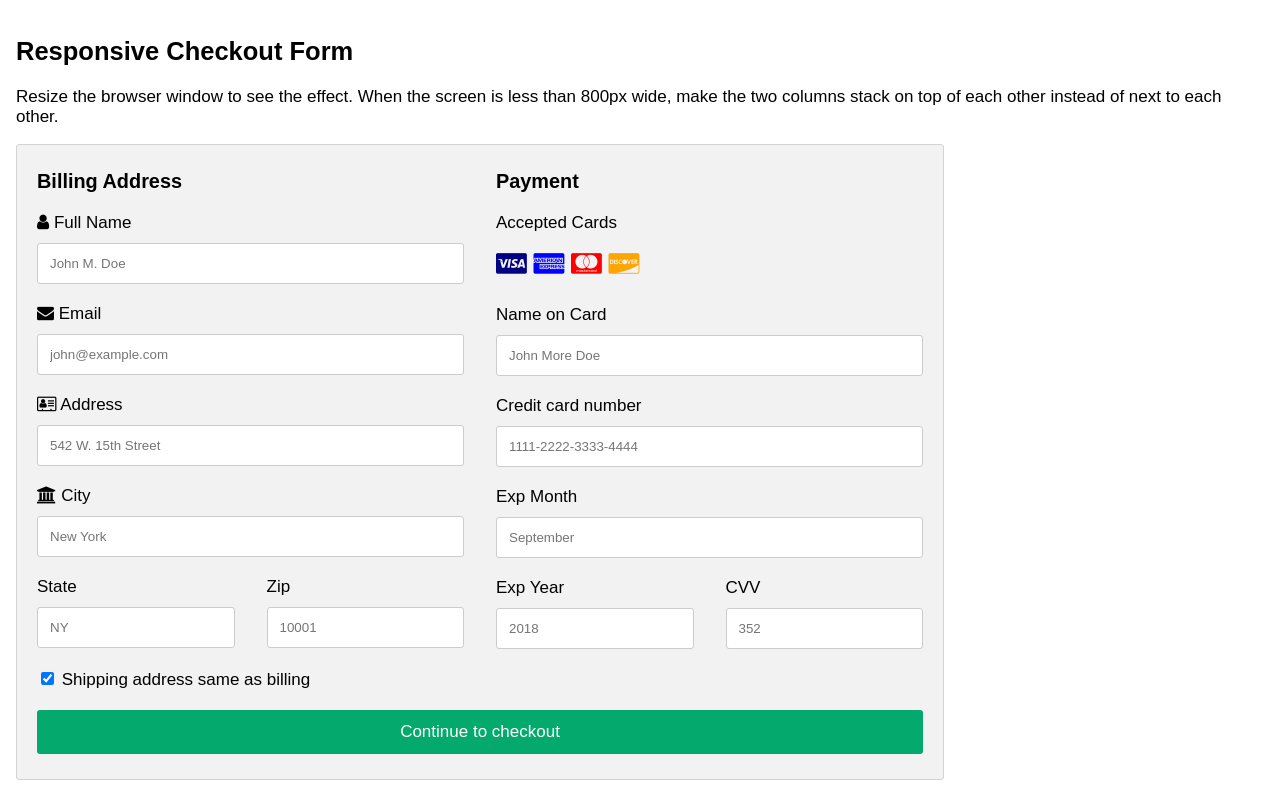
Repository: KanimozhiThandapani/Phase2AirlineBookingProject
Page: http://localhost/AirlineBooking/dummyPayment.jsp
These files come from the project's save history. The page is drawn as it stood at one moment and after the next save; the edit follows.
The browser window is 1280 px wide. The pictures show the whole page.
The page is served by Tomcat 9.

Above is the page before, as saved 2022-04-26 09:44:28.

After the next save:
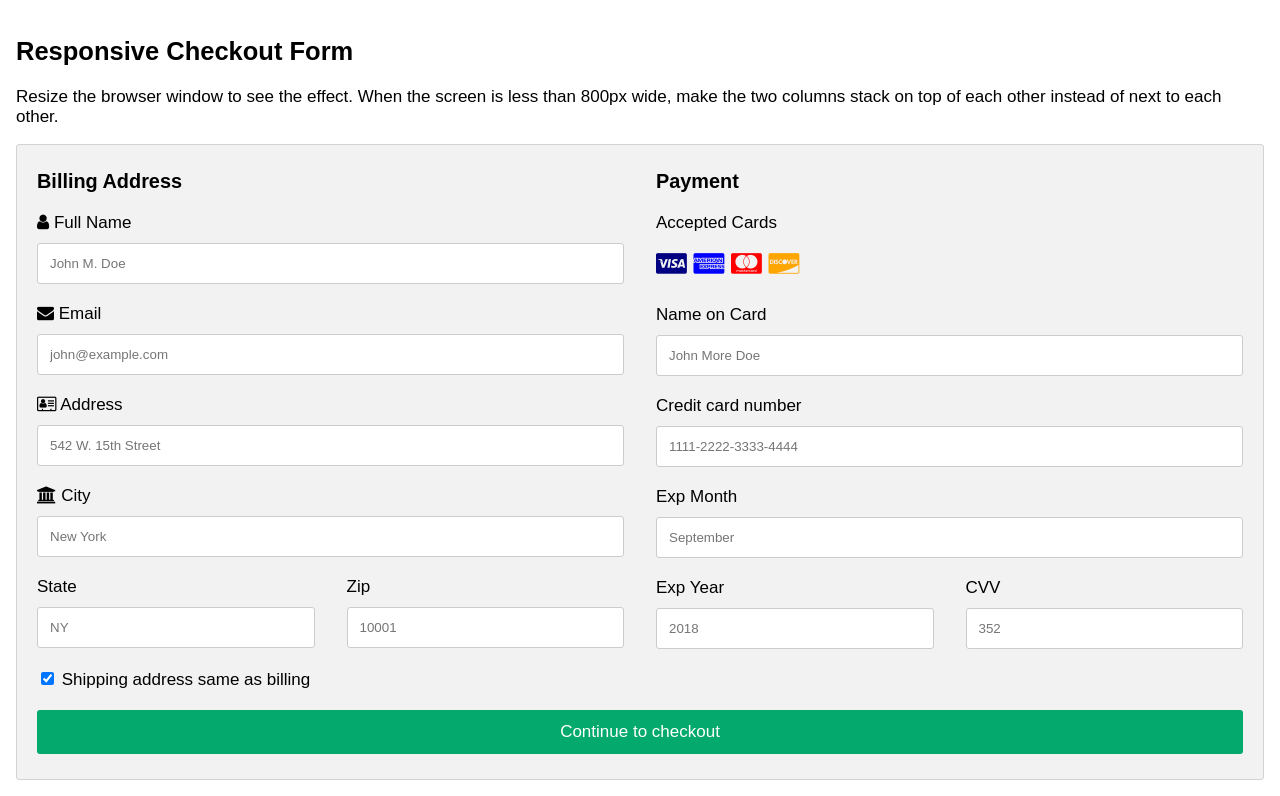
Saved 5 s later.
--- a/AirlineBooking/WebContent/dummyPayment.jsp
+++ b/AirlineBooking/WebContent/dummyPayment.jsp
@@ -179,9 +179,7 @@ span.price {
       </form>
     </div>
   </div>
-  <div class="col-25">
 
-  </div>
 </div>
 
 </body>
